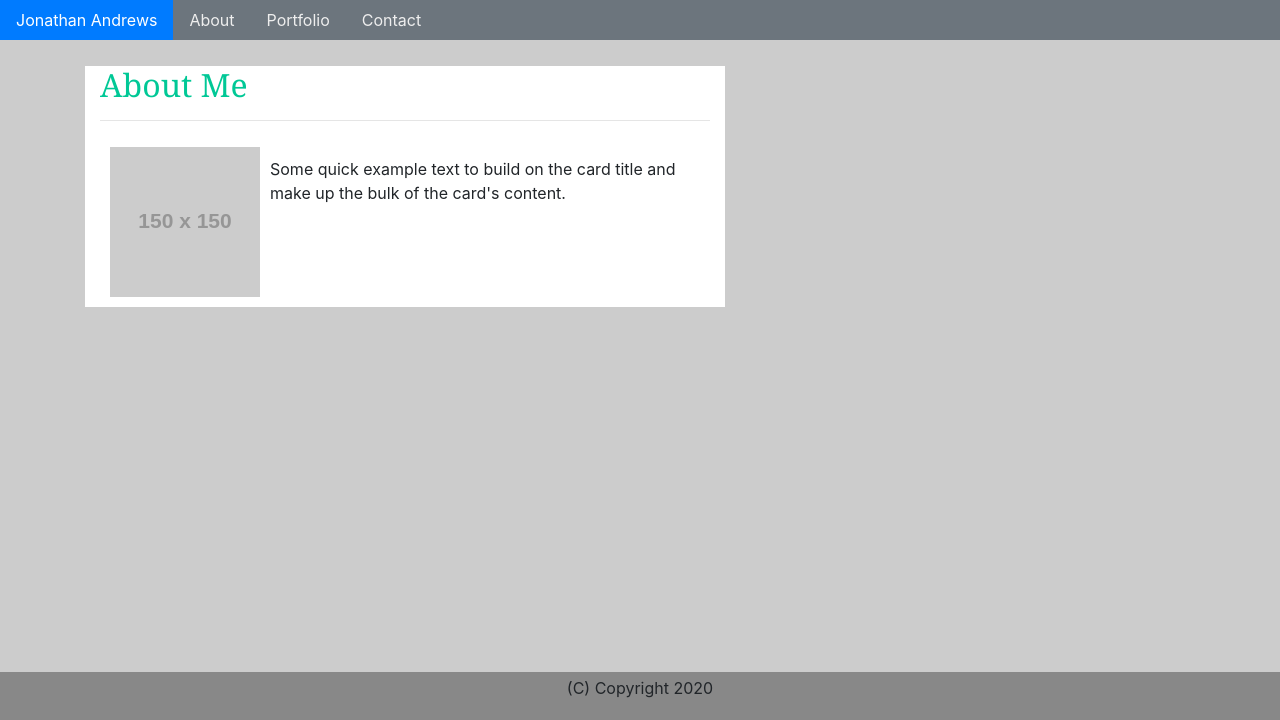
Repository: ionathas78/ionathas78.github.io
Page: index.html
An editor plug-in stored every save of this project. The page is shown before and after the next save, followed by the edit.
The browser window is 1280 px wide. The pictures show the whole page.

Above is the page before, as saved 2020-03-14 21:26:42.

After the next save:
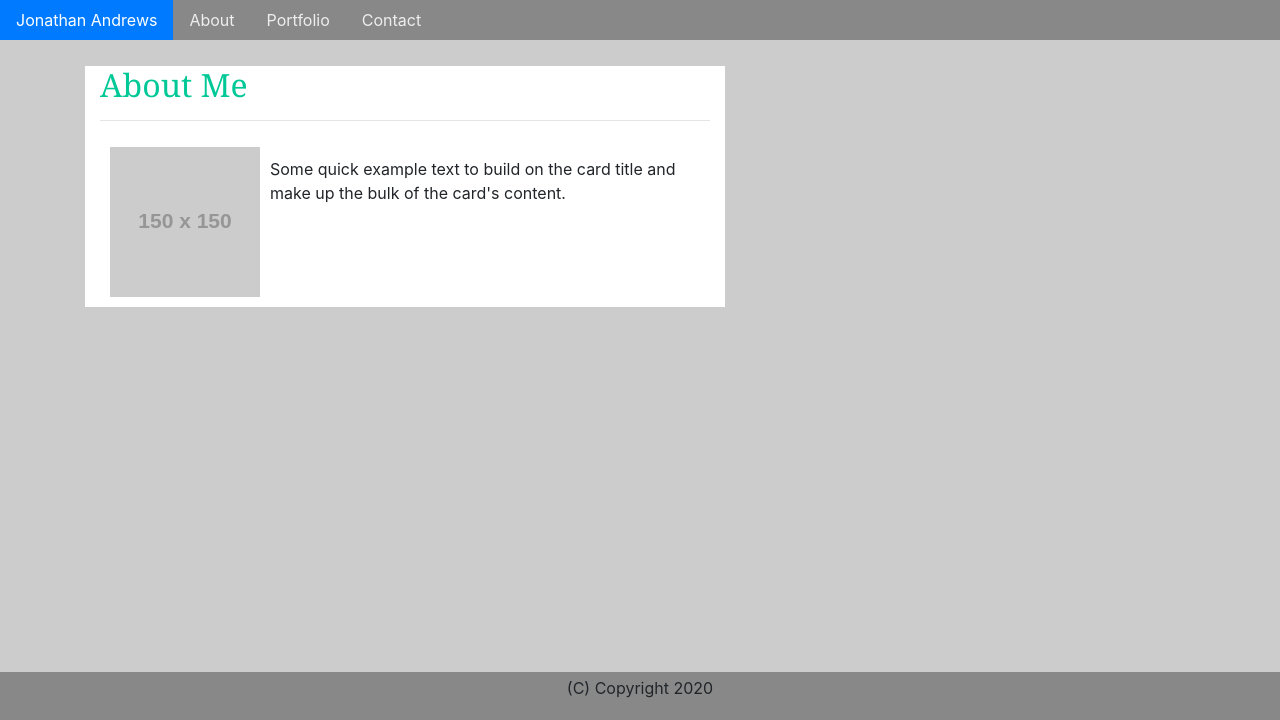
Saved 71 s later.
--- a/index.html
+++ b/index.html
@@ -9,7 +9,7 @@
 </head>
 <body style="background-color: #ccc">
     <header>
-        <ul class="nav bg-secondary">
+        <ul class="nav" style="background-color: #888">
             <li class="nav-item bg-primary">
               <a class="nav-link active" href="#" style="color: white;">Jonathan Andrews</a>
             </li>
